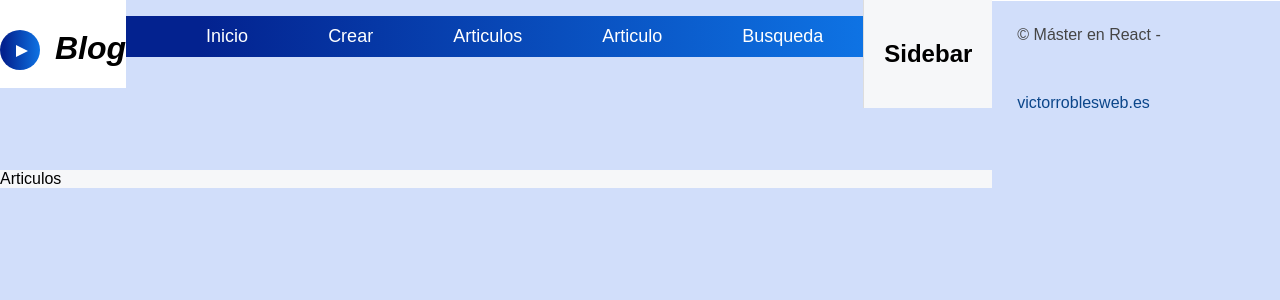
Repository: DamianBermudez94/frondEnd-blog
Page: /articulos
The author's editor kept a copy of each file at every save. The page is drawn from the files as they stood at one save, then again after the next save.
The browser window is 1280 px wide. The pictures show the whole page.
The project was rebuilt for these pictures with package versions that can differ from the ones it lists, and the page was loaded fresh each time. Also part of the build but not shown: vite.config.js, src/components/pages/Inicio.jsx, src/components/pages/Busqueda.jsx, src/components/pages/Crear.jsx, src/components/pages/Articulo.jsx.

Above is the page before, as saved 2023-08-07 22:30:04.

### index.html
<!doctype html>
<html lang="es">
  <head>
    <meta charset="UTF-8" />
    <link rel="icon" type="image/svg+xml" href="/vite.svg" />
    <meta name="viewport" content="width=device-width, initial-scale=1.0" />
    <title>Proyecto-blog</title>
  </head>
  <body>
    <div id="root"></div>
    <script type="module" src="/src/main.jsx"></script>
  </body>
</html>

### src/main.jsx

import ReactDOM from 'react-dom/client'
import App from './App.jsx'
import './index.css'

ReactDOM.createRoot(document.getElementById('root')).render(

    <App />

)

### src/App.jsx
import { Rutas } from "./router/rutas"



function App() {


  return (
    <div className="layout">
      <Rutas></Rutas>
    </div>
  )
}

export default App

### src/index.css
/*:root {
  font-family: Inter, system-ui, Avenir, Helvetica, Arial, sans-serif;
  line-height: 1.5;
  font-weight: 400;

  color-scheme: light dark;
  color: rgba(255, 255, 255, 0.87);
  background-color: #242424;

  font-synthesis: none;
  text-rendering: optimizeLegibility;
  -webkit-font-smoothing: antialiased;
  -moz-osx-font-smoothing: grayscale;
  -webkit-text-size-adjust: 100%;
}

a {
  font-weight: 500;
  color: #646cff;
  text-decoration: inherit;
}
a:hover {
  color: #535bf2;
}

body {
  margin: 0;
  display: flex;
  place-items: center;
  min-width: 320px;
  min-height: 100vh;
}

h1 {
  font-size: 3.2em;
  line-height: 1.1;
}

button {
  border-radius: 8px;
  border: 1px solid transparent;
  padding: 0.6em 1.2em;
  font-size: 1em;
  font-weight: 500;
  font-family: inherit;
  background-color: #1a1a1a;
  cursor: pointer;
  transition: border-color 0.25s;
}
button:hover {
  border-color: #000bdb;
}
button:focus,
button:focus-visible {
  outline: 4px auto -webkit-focus-ring-color;
}

@media (prefers-color-scheme: light) {
  :root {
    color: #213547;
    background-color: #ffffff;
  }
  a:hover {
    color: #000dff;
  }
  button {
    background-color: #f9f9f9;
  }
}*/


/*ESTILOS GENERALES*/

body{
  background: #d1defa;
  font-family: sans-serif, Arial, Helvetica;
  text-align: center;
  padding: 0px;
  margin: 0px;
  box-sizing: border-box;


.layout{


  display: grid;
  grid-template-areas:
      "header header header header"
      "nav nav nav nav"
      "content content content lateral"
      "footer footer footer footer"
  ;
  grid-template-rows: 100px 70px auto 70px;
}

/*ESTILOS CABECERA*/

.header{
  grid-area: header;

  background: white;
  text-align: left;
  font-style: italic;

  display: flex;
  justify-content: center;
}

.logo{
  background: linear-gradient(90deg, #03228f 10%, #0e73e4 100%);
  width: 40px;
  height: 40px;
  border-radius: 300px;
  margin-top: 30px;
}

.play{
  width: 0;
  height: 0;
  margin-top: 15px;
  margin-left: 16px;
  border-left: 12px solid white;
  border-top: 6px solid transparent;
  border-bottom: 6px solid transparent;
}

.header h1{
  margin-left: 15px;
  margin-top: 30px;
}

/*ESTILOS DE LA BARRA DE NAVEGACIÓN*/

.nav{
  grid-area: nav;
  background: linear-gradient(90deg, #03228f 10%, #0e73e4 100%);
}

.nav > ul {
  display: flex;
  justify-content: center;
  align-items: center;
  list-style: none;
}

.nav li{
  padding: 10px;
}

.nav a {
  display: block;
  margin-left: 30px;
  margin-right: 30px;
  font-size: 18px;
  font-weight: lighter;
  color: white;
  text-decoration: none;
  transition: all 300ms;
}

.nav a:hover{
  transform: scale(1.1, 1.1);
}

/*ESTILOS PARA EL CONTENIDO PRINCIPAL*/

.content{
  grid-area: content;
  background: #f6f7f9;
  display: flex;
  flex-flow: row wrap;
  justify-content: flex-start;
  align-items: flex-start;
  flex-grow: 1;
}

.articulo-item{
  flex-grow: 1;
  background: white;
  border-radius: 10px;
  box-shadow: 0px 0px 6px #ddd;
  margin: 20px;
  padding-top: 60px;
  padding-bottom: 60px;
  padding-left: 25px;
  padding-right: 25px;
}
.articulo-item .edit{
  margin-right: 7px;
}
button,
input[type="submit"],
input[type="button"]{
  width: 100px;
  background: #0b70e1;
  color: white;
  border: 0;
  outline: 0;
  padding:15px;
  border-radius: 3px;
  margin-top:15px;
  text-transform: capitalize;
  font-size: 16px;
  font-weight: 500;
  cursor: pointer;
  transition: all 300ms;
}

.articulo-item .edit:hover{
  background: #e77b00;
}

.articulo-item .delete:hover{
  background: #9b0202;
}

/*ESTILOS BARRA LATERAL*/

.lateral{
  grid-area: lateral;
  background: #f6f7f9;
  border-left: 1px solid #ddd;
  padding: 20px;
}

.lateral > div{
  box-sizing: border-box;
  width: 90%;
  margin: 20px;
  padding: 20px;
  padding-top: 10px;
  background: white;
  border-radius: 10px;
  box-shadow: 0px 0px 6px #ddd;
}

.lateral input[type="text"],
.lateral input[type="text"],
.lateral textarea,
.edit_form input[type="text"],
.edit_form input[type="text"],
.edit_form textarea
{
  display: block;
  margin: 0 auto;
  margin-top: 15px;
  padding: 12px;
  border-radius: 5px;
  background: #f6f7f9;
  color: #454545;
  width: 80%;
  max-width: 250px;
  min-width: 250px;
  min-height: 30px;
  max-height: 250px;
  opacity: 4;
  outline: 0;
  border-color: transparent;
}
.no-encontrado{
  color: #9b0202;
}
.edit_form{
  border-top: 1px solid #ddd;
  margin-top: 10px;
}

/*ESTILOS PARA EL PIE DE PÁGINA*/
.footer{
  grid-area: footer;

  background: #d1defa;
  color: #454545;
  border-top: 1px solid white;
  text-align: left;
  line-height: 68px;
  padding-left: 25px;
}

.footer a{
  color: #0b468a;
  text-decoration: none;
}

@media (max-width: 1085px){
  .content {
      flex-flow: column wrap;
      justify-content: center;
      align-items: center;
  }

  .articulo-item{
      width: 80%;
  }
}

### src/router/rutas.jsx
import React from "react";
import { BrowserRouter, Routes, Route, Navigate } from "react-router-dom";
import { Inicio } from "../components/pages/Inicio";
import { Busqueda } from "../components/pages/Busqueda";
import { Crear } from "../components/pages/Crear";
import Articulos from "../components/pages/Articulos";
import { Articulo } from "../components/pages/Articulo";
import { Header } from "../components/layout/Header";
import { Nav } from "../components/layout/Nav";
import { Footer } from "../components/layout/Footer";
import { Sidebar } from "../components/layout/Sidebar";


export const Rutas = ()=>{

    return(
        <BrowserRouter>
            {/*Layout*/}
            <Header></Header>
            <Nav></Nav>
            {/*Contenido principal y rutas*/}
            <section id="content" className="content">
                <Routes>
                    <Route path="/" element={<Inicio/>}/>
                    <Route path="/inicio" element={<Inicio/>}/>
                    <Route path="/busqueda" element={<Busqueda/>}/>
                    <Route path="/crear" element={<Crear/>}/>
                    <Route path="/articulos" element={<Articulos/>}/>
                    <Route path="/articulo" element={<Articulo/>}/>
                </Routes>
            </section>
            <Sidebar/>
            <Footer></Footer>
        </BrowserRouter>
    )

}

### src/components/pages/Articulos.jsx
import React from 'react'

const Articulos = () => {
  return (
    <div>Articulos</div>
  )
}

export default Articulos

### src/components/layout/Header.jsx
import React from 'react'

export const Header = () => {
  return (
    <div>
         <header className="header">
            <div className="logo">
                <div className="play"></div>
            </div>

            <h1>Blog</h1>
        </header>
    </div>
  )
}

### src/components/layout/Nav.jsx
import React from 'react'
import { NavLink } from 'react-router-dom'

export const Nav = () => {
  return (
    <div>
           <nav className="nav">
            <ul>
                <li><NavLink to="/#">Inicio</NavLink></li>
                <li><NavLink to="/crear">Crear</NavLink></li>
                <li><NavLink to="/articulos">Articulos</NavLink></li>
                <li><NavLink to="/articulo">Articulo</NavLink></li>
                <li><NavLink to="/busqueda">Busqueda</NavLink></li>

            </ul>
        </nav>
    </div>
  )
}

### src/components/layout/Footer.jsx
import React from 'react'

export const Footer = () => {
  return (
    <div>
         <footer className="footer">
            &copy; Máster en React - <a href="https://victorroblesweb.es">victorroblesweb.es</a>
        </footer>
    </div>
  )
}

### src/components/layout/Sidebar.jsx
import React from 'react'

export const Sidebar = () => {
  return (
    <div>
           {/*Barra lateral*/}
           <aside className="lateral">

            <h1>Sidebar</h1>

        </aside>
    </div>
  )
}

After the next save:
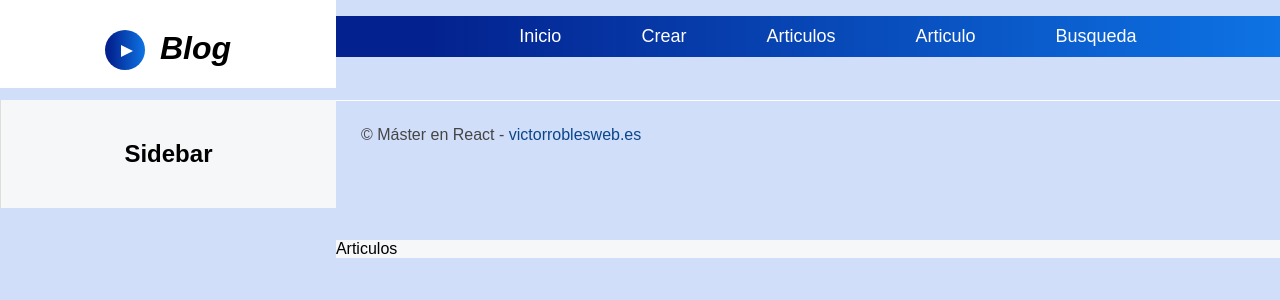
Saved 20 s later.
--- a/src/index.css
+++ b/src/index.css
@@ -85,7 +85,7 @@
 
   display: grid;
   grid-template-areas:
-      "header header header header"
+      "header header header"
       "nav nav nav nav"
       "content content content lateral"
       "footer footer footer footer"

After the 4 saves that followed:
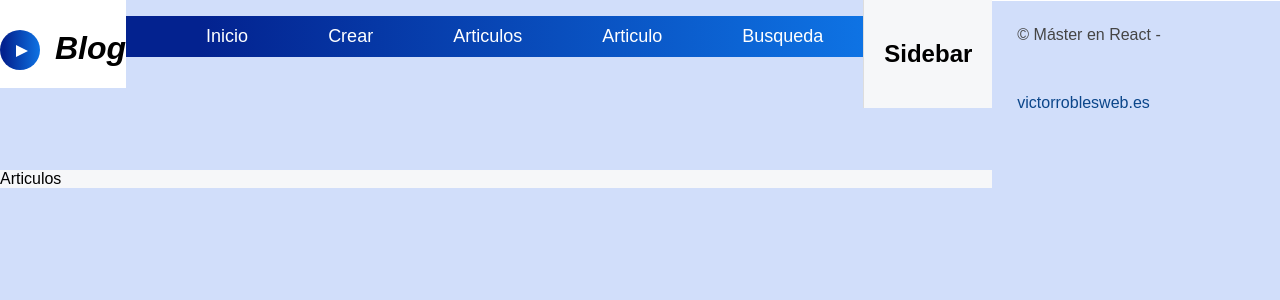
The 4 saves are shown as one change because 2 left the picture as it was and some came seconds apart.
The last was saved 17 s later.
--- a/src/index.css
+++ b/src/index.css
@@ -85,7 +85,7 @@
 
   display: grid;
   grid-template-areas:
-      "header header header"
+      "header header header header"
       "nav nav nav nav"
       "content content content lateral"
       "footer footer footer footer"
